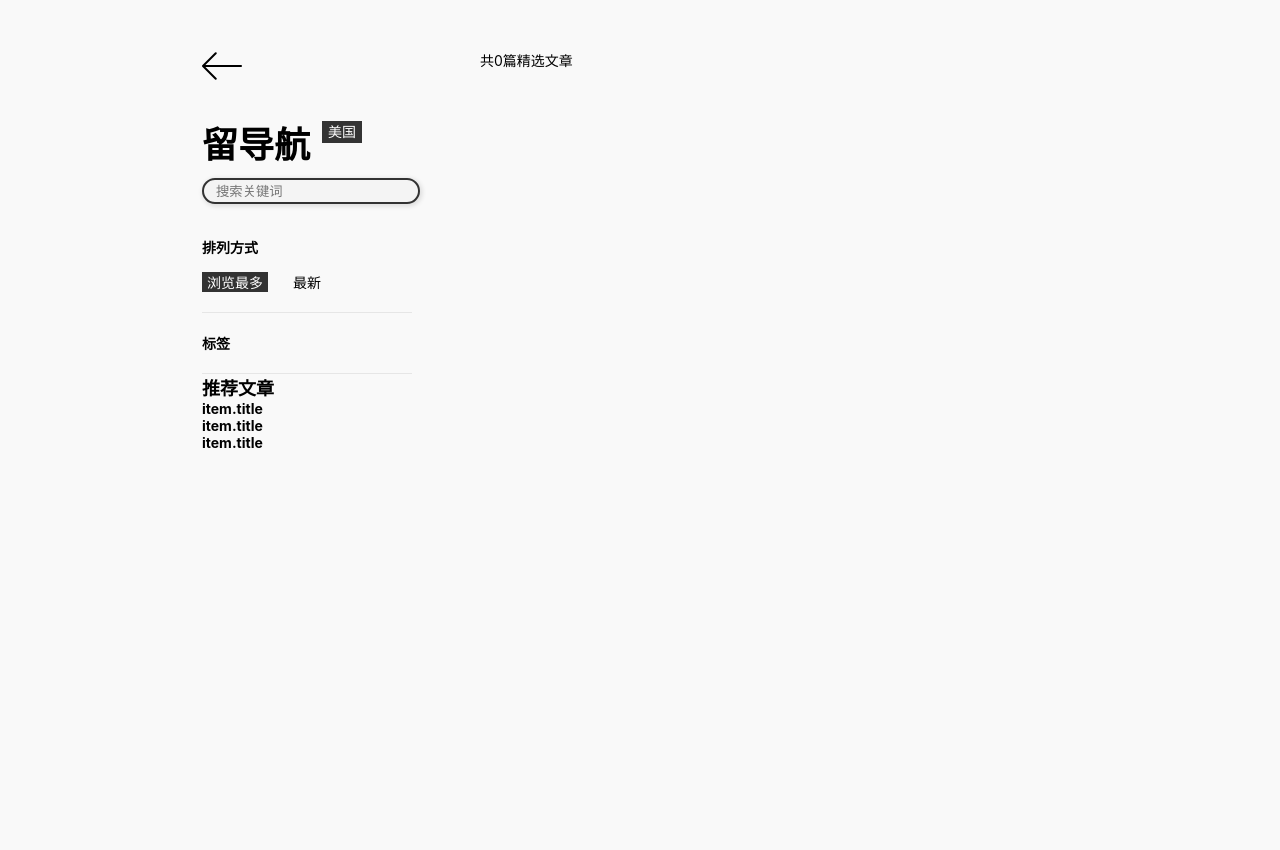
Repository: Apiyaaaa/guidefront
Page: /search
The author's editor kept a copy of each file at every save. The page is drawn from the files as they stood at one save, then again after a run of saves.
The browser window is 1280 px wide. The pictures show the whole page.
The page's requests for data from a server got no answer. The project was rebuilt for these pictures with package versions that can differ from the ones it lists, and the page was loaded fresh each time. No one was signed in, and anything a server would have sent is missing. Also part of the build but not shown: src/pages/Home/Home.module.css, src/pages/Home/Home.js, src/components/ArticleCard/ArticleCard.module.css, src/components/ArticleCard/ArticleCard.jsx, src/pages/Article/Article.module.css, src/pages/Article/Article.js.

Above is the page before, as saved 2022-10-02 16:17:38.

### public/index.html
<!DOCTYPE html>
<html lang="en">
  <head>
    <meta charset="utf-8" />
    <link rel="icon" href="%PUBLIC_URL%/favicon.ico" />
    <meta name="viewport" content="width=device-width, initial-scale=1" />
    <meta name="theme-color" content="#000000" />
    <meta
      name="description"
      content="Web site created using create-react-app"
    />
    <!-- <link rel="apple-touch-icon" href="%PUBLIC_URL%/logo192.png" /> -->
    <!--
      manifest.json provides metadata used when your web app is installed on a
      user's mobile device or desktop. See https://developers.google.com/web/fundamentals/web-app-manifest/
    -->
    <!-- <link rel="manifest" href="%PUBLIC_URL%/manifest.json" /> -->

    <title>留导航</title>
  </head>
  <body>
    <noscript>You need to enable JavaScript to run this app.</noscript>
    <div id="root">
    </div>
  </body>
</html>

### src/App.js
import React from "react";
import { Routes, Route } from "react-router-dom";

import "./App.css";
import Home from "./pages/Home/Home";
import Search from './pages/Search/Search'
import Article from "./pages/Article/Article";


function App() {
  return (
    <div className="App">
        <Routes>
          <Route path="/" element={<Home />}></Route>
          <Route path="/search" element={<Search/>}></Route>
          <Route path="/article/:article_id" element={<Article/>}></Route>
        </Routes>
    </div>
  );
}

export default App;

### src/App.css


body {
  margin: 0;
  font-family: -apple-system, BlinkMacSystemFont, "Segoe UI", "Roboto", "Oxygen",
    "Ubuntu", "Cantarell", "Fira Sans", "Droid Sans", "Helvetica Neue",
    sans-serif;
  -webkit-font-smoothing: antialiased;
  -moz-osx-font-smoothing: grayscale;
  background-color: #f9f9f9;

}

.mainContent {
  width: 960px;
  margin: 0 auto;
  max-height: 100%;
  position: relative;
}


code {
  font-family: source-code-pro, Menlo, Monaco, Consolas, "Courier New",
    monospace;
}

### src/pages/Search/Search.js
import { useEffect, useState } from "react";
import axios from "axios";
import { useSearchParams } from "react-router-dom";
import styles from "./Search.module.css";
import SearchPanel from "../../components/SearchPanel/SearchPanel";
import ArticleCard from "../../components/ArticleCard/ArticleCard";

function Search() {
  const [data, setData] = useState([]); //布局使用的文章数据
  const [origData, setOrigData] = useState([]); //未排序的数据
  const [totalResults, setTotalResults] = useState(0); //匹配文章数
  const [col1, setCol1] = useState([]); //布局第一列
  const [col2, setCol2] = useState([]); //布局第二列

  //接收search传参
  const [search, setSearch] = useSearchParams();
  let param;
  if (search.get("word")) {
    param = search.get("word");
  } else {
    param = "";
  }
  const recommends = [
    { article_id: 1, title: "母猪为什么会上树" },
    { article_id: 2, title: "母猪为什么会上树" },
    { article_id: 3, title: "母猪为什么会上树" },
  ];
  // 初始时，通过search传参加载页面
  const getArticle = (word) => {
    console.log("search params: ", word);

    axios({
      method: "GET",
      url: "api/api/search",
      params: {
        word: word,
      },
    }).then((res) => {
      console.log("res", res);
      if (res.data) {
        const resData = res.data.data;
        console.log("data: ", resData);

        if (resData.length === 0) {
          setData([
            {
              article_id: "0",
              title: `暂时没有相关内容 :(`,
              summary: "欢迎联系我们，提供反馈",
              tags: "暂无",
              update_time: "",
              country: "国家",
              views: "0",
            },
          ]);
        } else {
          const sortedJson = sortByViews(resData);
          setOrigData(sortedJson);
          setData(sortedJson);
        }
      } else {
        setData([
          {
            article_id: "0",
            title: "暂时没有相关搜索内容",
            summary: "联系我们",
            tags: [],
            update_time: Date.now(),
            country: "国家",
            views: "0",
          },
        ]);
      }
    });
  };

  //根据浏览量排序一个数组
  const sortByViews = (arr) => {
    const newArr = arr
      .slice()
      .sort((a, b) => (a.views * 1 < b.views * 1 ? 1 : -1));
    return newArr;
  };

  //加载组件时搜索url带来的关键字
  useEffect(() => {
    getArticle(param);
  }, []);

  //data更新时刷新总匹配数
  useEffect(() => {
    setTotalResults(data.length);
  }, [data]);

  //data更新时更新col1，col2排版
  useEffect(() => {
    const arr = splitArray(data);
    setCol1(arr[0]);
    setCol2(arr[1]);
  }, [data]);

  // 奇偶分离array，用作卡片排版
  const splitArray = (arr) => {
    const oddOnes = [],
      evenOnes = [];
    for (let i = 0; i < arr.length; i++)
      (i % 2 === 0 ? evenOnes : oddOnes).push(arr[i]);
    return [evenOnes, oddOnes];
  };

  return (
    <div className="mainContent">
      <div className={styles.main}>
        {/* 左侧功能栏 */}
        <SearchPanel
          data={data}
          setData={setData}
          origData={origData}
          getArticle={getArticle}
          setOrigData={setOrigData}
          recommends={recommends}
        />

        {/* 右侧文章卡片区域 */}
        <div className={styles.displayPanel}>
          <div className={styles.totalResults}>共{totalResults}篇精选文章</div>
          <div className={styles.cardContainer}>
            {/* 使用props传参给文章卡片组件，col1col2排版 */}
            <div key={col1} className={styles.col1}>
              {col1.map((item) => {
                return <ArticleCard key={item.article_id} item={item} />;
              })}
            </div>

            <div className={styles.col2}>
              {col2.map((item) => {
                return <ArticleCard key={item.article_id} item={item} />;
              })}
            </div>
          </div>
        </div>
      </div>
    </div>
  );
}

export default Search;

### src/pages/Search/Search.module.css
.mainContent {
  width: 960px;
  margin: 0 auto;
  background-color: #f9f9f9;
}

.main {
  display: flex;
  flex-direction: row;
  margin-top: 46px;
  background-color: #f9f9f9;

}

/* 右侧卡片区域 */
.displayPanel {
  position:relative;
  margin-left: 320px;
  margin-top: 4px;
  width: 630px;
  max-height: calc(100vh - 46px);
  min-height:800px;

}
.totalResults {
  font-size: 14px;
  margin-bottom: 20px;
}
.cardContainer {
  display: flex;
  flex-direction: row;
  align-items:flex-start;
}

.col2{
  margin-top: 30px;


}







.ad{
  margin-top: 33px;
}

### src/components/SearchPanel/SearchPanel.jsx
import { useEffect, useState } from 'react'
import { useSearchParams, useNavigate } from "react-router-dom";
import { nanoid } from 'nanoid';
import styles from './SearchPanel.module.css'
import axios from 'axios';
import RecommendCard from '../RecommendCard/RecommendCard';



export default function SearchPanel(props) {
    const { data, setData, origData, getArticle, recommends } = props; //布局使用的文章数据，未排序的数据
    const navigate = useNavigate();

    const [area, setArea] = useState("美国");//未来需要接收area参数
    const [selectedTags, setSelectedTags] = useState([]);//被选择的标签们
    const [mostViewsClicked, setMostviewsClicked] = useState(true); //浏览最多排序状态
    const [newestClicked, setNewestClicked] = useState(false); //最新排序状态
    const [tags, setTags] = useState([]); //最新排序状态




    //搜索框
    //左侧搜索框查找（无按钮）
    const [search, setSearch] = useSearchParams();
    const searchChanged = () => {
        const word = document.getElementById("search").value;
        //更改search参数，同步搜索框url
        setTimeout(() => { setSearch(`word=${word}`); getArticle(word) }, 1000);
    };


    //排序
    //根据浏览量排序一个数组
    const sortByViews = (arr) => {
        const newArr = arr.slice().sort((a, b) => (a.views * 1 < b.views * 1 ? 1 : -1));
        return newArr;

    }
    //“浏览最多”点击事件
    const mostViews = () => {
        if (!mostViewsClicked) {
            const newData = sortByViews(data);
            setData(newData);
            console.log("以浏览量排列", newData);
            setMostviewsClicked(true);
            setNewestClicked(false);
        }

    }
    //根据时间排序一个数组
    const sortByNewest = (arr) => {
        const newArr = arr.slice().sort((a, b) => a.update_time < b.update_time ? 1 : -1);
        return newArr;
    }
    //“最新”点击事件
    const newest = () => {
        if (!newestClicked) {
            const newData = sortByNewest(data);
            setData(newData);
            console.log("以最新排列", newData);
            setNewestClicked(true);
            setMostviewsClicked(false);
        }
    };



    //筛选
    //标签筛选事件,设置已筛选标签
    const sortByTag = (tag) => {

        //判断tag是否已被选择，并更新State数列（已选择标签）
        if (selectedTags.includes(tag)) {
            const newSelectedTags = [...selectedTags.filter((t) => t !== tag)];
            setSelectedTags(newSelectedTags);
            console.log(`减去标签：${tag},当前标签：${newSelectedTags}`);

        } else {
            const newSelectedTags = [tag, ...selectedTags];
            setSelectedTags(newSelectedTags);
            console.log(`增加标签：${tag},当前标签：${newSelectedTags}`);

        }
    };
    //辅助函数-判断t标签是否已被选择
    const inSelectedTags = (t) => { return selectedTags.includes(t) };

    //筛选事件执行函数-监听selectedTags
    const filterDataByTags = () => {

        //无筛选条件时，根据排序方式还原展示data为原始数据
        if (selectedTags.length === 0) {
            if (mostViewsClicked) {
                setData(origData);
            } else {
                setData(sortByNewest(origData));
            }

        }
        else {
            //根据标签筛选展示data中的文章
            let result = origData.filter((article) => {
                const tagArr = article.tags.split('/');
                let matchCount = 0;

                for (let i = 0; i < tagArr.length; i++) {
                    if (inSelectedTags(tagArr[i])) {
                        matchCount+=1;
                    }
                }
                return matchCount === selectedTags.length;
            });

            //更新时，保证排列方式不变
            if (newestClicked) {
                result = sortByNewest(result);
            }
            const newData = [...result];
            setData(newData);

        }

    }

    //筛选更新时，重新筛选
    useEffect(() => {
        filterDataByTags();
    }, [selectedTags])

    useEffect(() => {
        //获取标签
        axios.get('api/api/get_tags').then(
            (res) => {
                //console.log('TAGS',res)
                if (res.data) {
                    let tags = res.data.data;
                    tags = tags.sort((a,b)=>a.tag_name.length - b.tag_name.length)
                    setTags(tags);
                }
            }
        )

    }, [])


    return (
        <div className={styles.searchPanel}>
            {/* 左侧功能栏 */}

            <div className={styles.backIcon} onClick={() => navigate(-1)}></div>
            <div className={styles.header}>
                <div className={styles.resulTitle} onClick={() => navigate("/")}>留导航</div>
                <div className={styles.country}>{area}</div>
            </div>

            {/* 搜索框 */}
            <div>
                <input
                    className={styles.inputWindow}
                    id="search"
                    placeholder="搜索关键词"
                    onChange={() => searchChanged()}
                ></input>
            </div>

            {/* 排列方式 */}
            <div>
                <div className={styles.leftTitle}>排列方式</div>
                <div className={styles.sortMethod}>
                    <button
                        className={`${mostViewsClicked ? styles.active : ''} ${styles.tag}`}
                        onClick={() => mostViews()}>浏览最多</button>
                    <button
                        className={`${newestClicked ? styles.active : ''} ${styles.tag}`}
                        onClick={() => newest()}>最新</button>
                </div>
            </div>

            {/* 标签筛选 */}
            <div>
                <div className={styles.leftTitle}>标签</div>
                <div className={styles.tags}>
                    {tags.map((item) => (
                        <button key={nanoid()}
                            className={`${selectedTags.includes(item.tag_name) ? styles.active : ""} ${styles.tag}`}
                            onClick={() => sortByTag(item.tag_name)}
                        >
                            {item.tag_name}
                        </button>
                    ))}
                </div>
            </div>
            {/*Todo差个广告component*/}
            <div className={styles.ad}><RecommendCard recommends={recommends}></RecommendCard></div>
        </div>
    )
}

### src/components/SearchPanel/SearchPanel.module.css
.searchPanel {
    position:fixed;
    margin-left: 42px;
    width: 210px;
  }

  .backIcon{
    display: block;
    width: 210px;
    height: 40px;
    margin-bottom: 30px;
    background: url(../../images/back_icon.svg) no-repeat ;
    background-position: top 0vw left 0vw;
    background-size: 40px;
    cursor: pointer;
  }
  .header {
    display: flex;
    flex-direction: row;
  }
  .resulTitle {
    font-size: 36px;
    font-weight: bold;
    cursor: pointer;
  }
  .country {
    box-sizing: border-box;
    width: 40px;
    height: 22px;
    margin-left: 12px;
    margin-top: 5px;
    background-color: #343434;
    font-size: 14px;
    text-align: center;
    line-height: 22px;
    color: #ffffff;
  }
  .inputWindow {
    width: 210px;
    height: 20px;
    margin-top: 10px;
    margin-bottom: 13px;
    border-radius: 20px;
    background-color: #f4f4f4;
    border: 2px solid #333333;
    box-shadow: 1.33333px 1.33333px 4px 1.33333px rgba(0, 0, 0, 0.1);
    text-indent: 10px;
  }
  .inputWindow:focus{
    outline: none;
    border: 2px dashed #333333;
    transition: 0.6s;
  }
  .inputWindow:focus::placeholder {
    color: transparent;
    transition: all 0.8s;
  }

  /* 功能栏 */
  .leftTitle {
    font-size: 14px;
    font-weight: bold;
    margin-top: 20px;
  }
  .sortMethod {
    padding-bottom: 20px;
    border-bottom: 1px solid #e6e6e6;

  }
  .tags {
    padding-bottom: 20px;
    border-bottom: 1px solid #e6e6e6;
  }

  .tag {
    border: 0;
    background-color: transparent;
    outline: none;
    font-size: 14px;
    padding: 0 5px;
    margin-right: 20px;
    margin-top: 15px;
    margin-left: 0;
  }
  .tag:hover {
    background-color: #343434;
    color: #ffffff;
    cursor: pointer;
    transition: all 0.6s;
  }
  .active {
    background-color: #333333;
    color: #ffffff;
  }

### src/components/RecommendCard/RecommendCard.jsx
import { ListItemSecondaryAction } from "@mui/material";
import { useEffect, useState } from "react";
import styles from './RecommendCard.module.css'
import { useNavigate } from "react-router-dom";
export default function RecommendCard(props) {
  const { recommends } = props;
  const navigate = useNavigate();
  const toArticle = (article_id) => {
    navigate(`/article/${article_id}`);
    console.log("跳转到文章页-id: ", article_id);
  };
  console.log(recommends)
  return (
    <div className={styles.recommendCard}>
      推荐文章
      <div className={styles.recommendItems}>
        {recommends.map((item) => (
          <div className={styles.recommendItem} onClick={() => toArticle(item.article_id)}>item.title</div>
        ))}
      </div>
    </div>
  );
}

### src/components/RecommendCard/RecommendCard.module.css
.recommendCard {
  font-size: 18px;
  font-weight: bold;
}
.recommendItems {
    overflow: hidden;
    text-overflow: ellipsis;
    white-space: nowrap;
}
.recommendItem {
  font-size: 14px;
}

Loaded but not shown: src/index.js (common file)

After the next 2 saves:
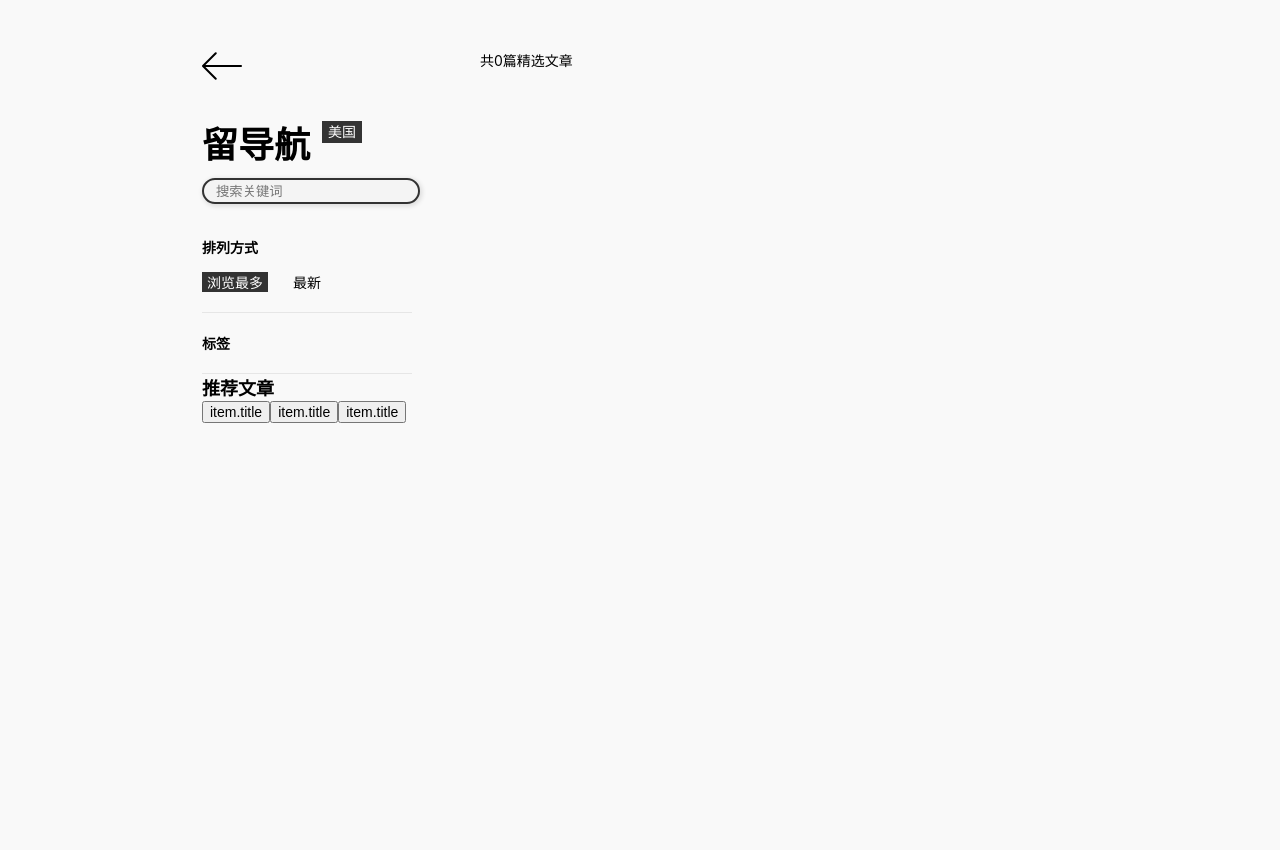
The 2 saves are shown as one change because 1 did not build or start.
The last was saved 21 s later.
--- a/src/components/RecommendCard/RecommendCard.jsx
+++ b/src/components/RecommendCard/RecommendCard.jsx
@@ -15,7 +15,7 @@ export default function RecommendCard(props) {
       推荐文章
       <div className={styles.recommendItems}>
         {recommends.map((item) => (
-          <div className={styles.recommendItem} onClick={() => toArticle(item.article_id)}>item.title</div>
+          <button className={styles.recommendItem} onClick={() => toArticle(item.article_id)}>item.title</button>
         ))}
       </div>
     </div>
